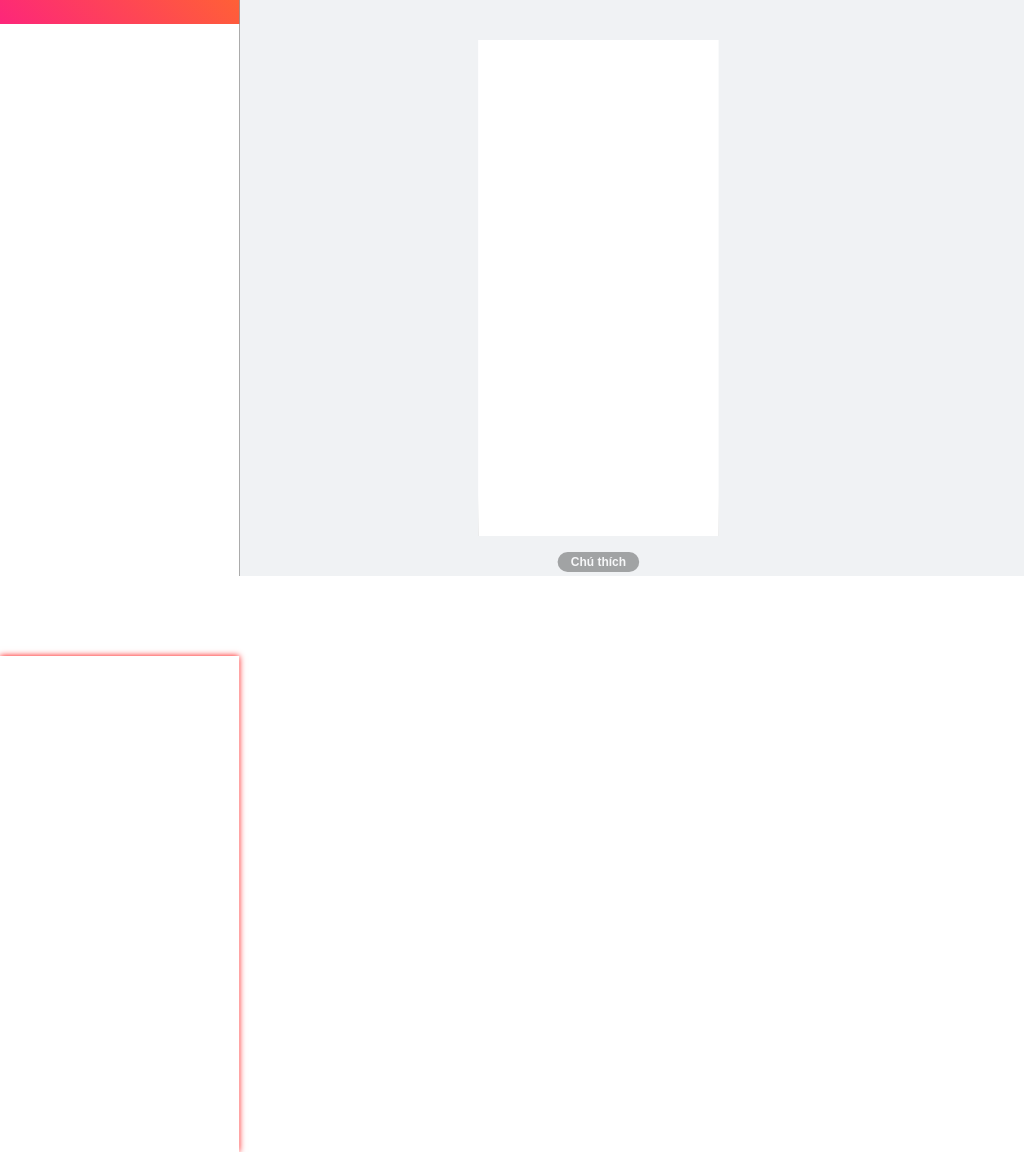
Repository: conquy2002/Project-Tinder
Page: Project RobinTinder/website/index.html
The author's editor kept a copy of each file at every save. The page is drawn from the files as they stood at one save, then again after the next save.
The browser window is 1280 px wide. The pictures show the whole page, at 80% of full size.

Above is the page before, as saved 2022-01-18 15:34:54.
Console error: SyntaxError: Identifier 'qS' has already been declared

After the next save:
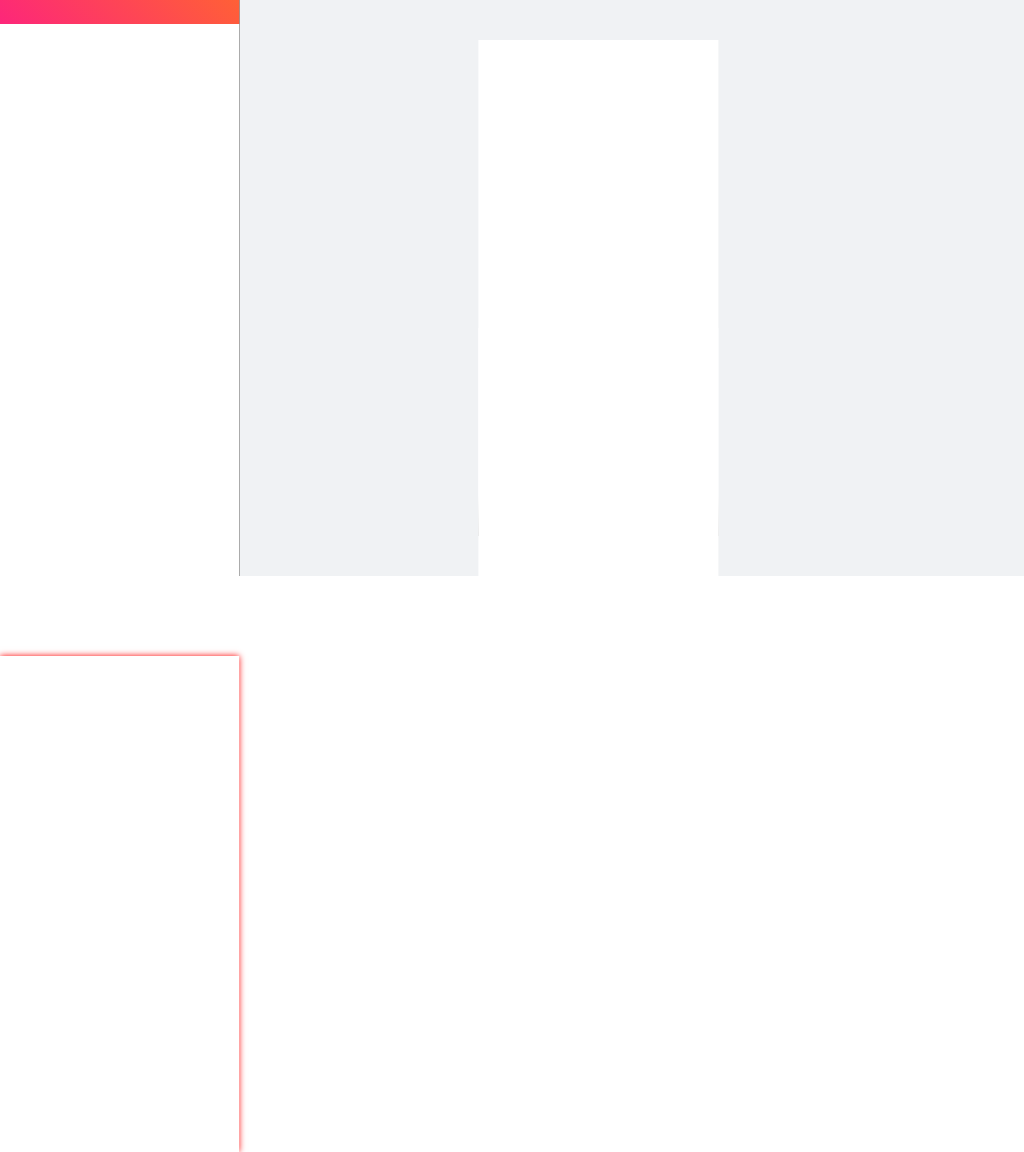
Saved 25 s later.
--- a/Project RobinTinder/website/index.html
+++ b/Project RobinTinder/website/index.html
@@ -67,7 +67,7 @@
                     <span>Đóng Hồ Sơ</span>
                 </div>
             </div>
-            <div class="content_profile">
+            <div class="content_profile top100">
 
             </div>
         </div>

After the save that followed:
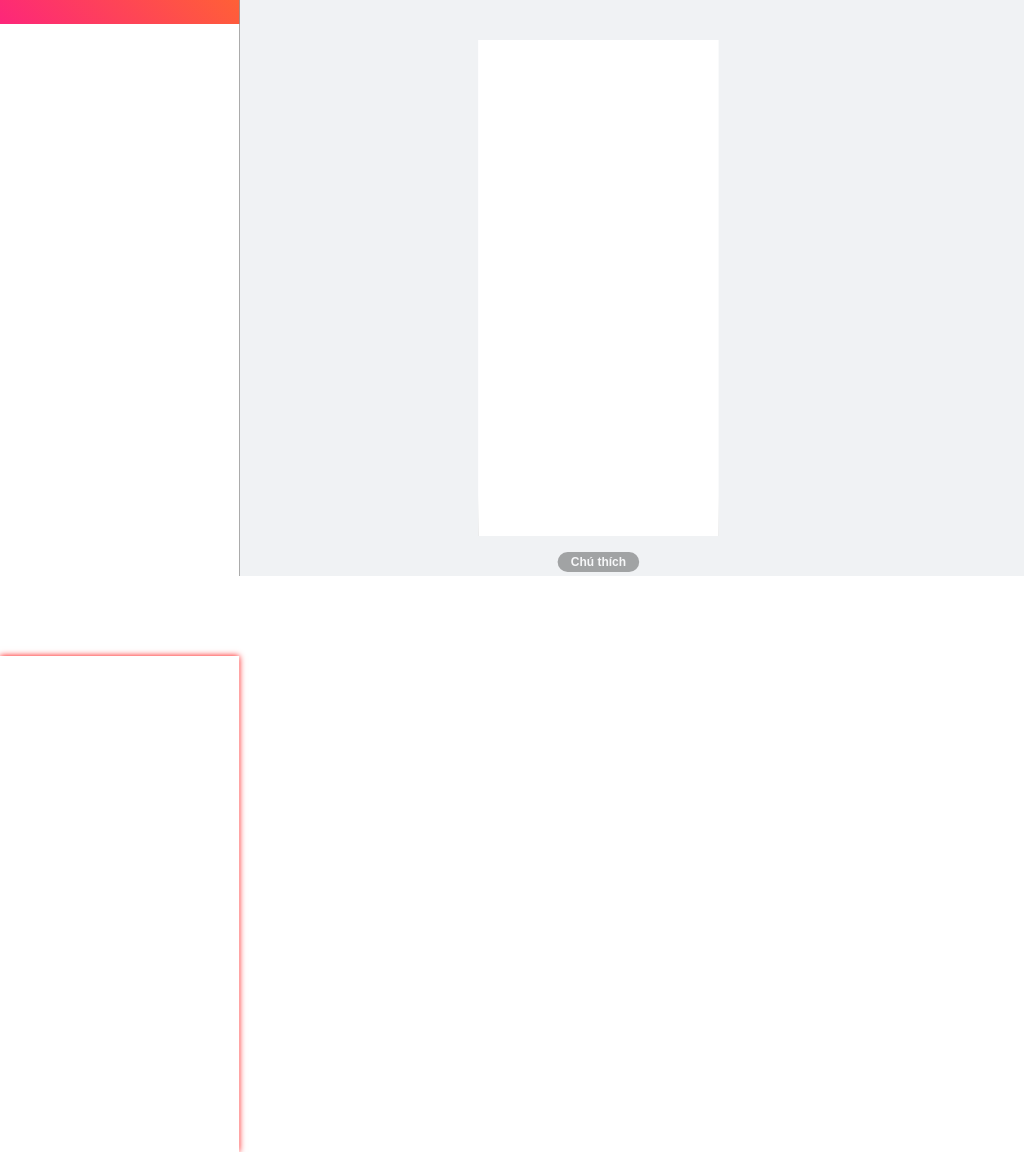
Saved 35 s later.
--- a/Project RobinTinder/website/index.html
+++ b/Project RobinTinder/website/index.html
@@ -67,7 +67,7 @@
                     <span>Đóng Hồ Sơ</span>
                 </div>
             </div>
-            <div class="content_profile top100">
+            <div class="content_profile bottom100">
 
             </div>
         </div>
